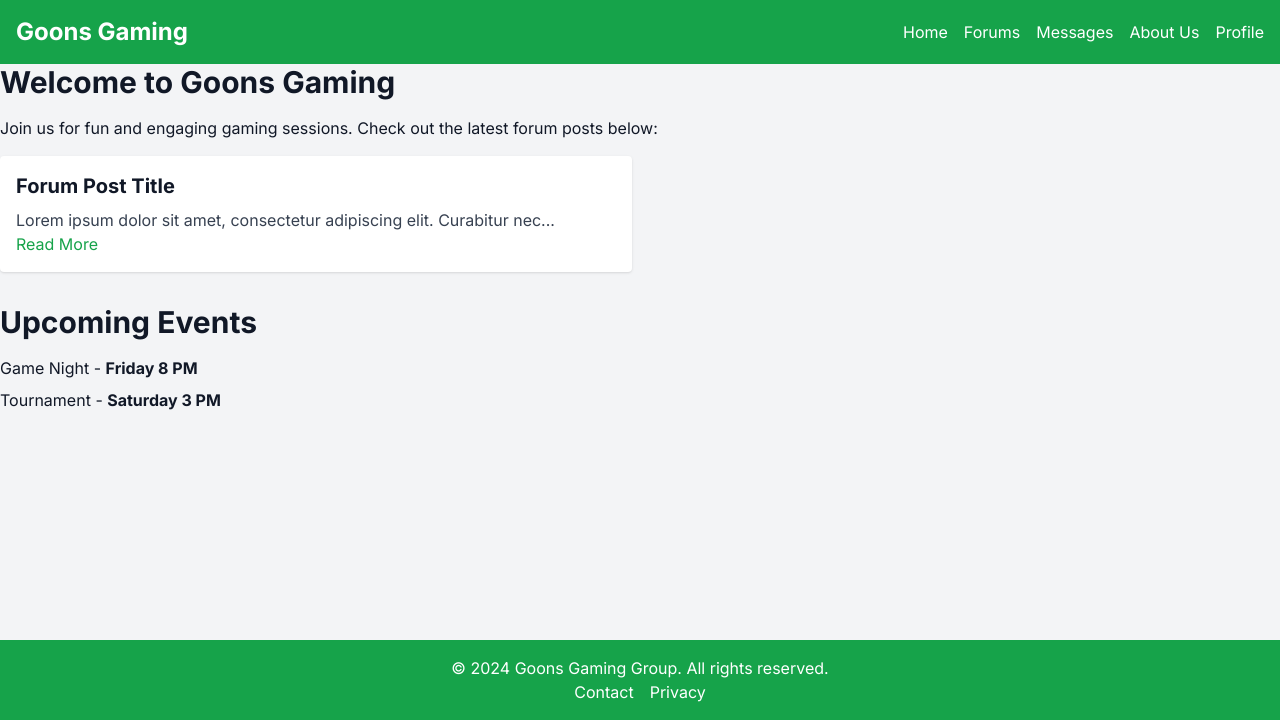
Repository: x9751/test.gnsq.org
Page: /
An editor plug-in stored every save of this project. The page is shown before and after the next save, followed by the edit.
The browser window is 1280 px wide. The pictures show the whole page.
The project was rebuilt for these pictures with package versions that can differ from the ones it lists, and the page was loaded fresh each time. The framework's server and built-in components were replaced by stand-ins that run in the browser. Also part of the build but not shown: next.config.mjs.

Above is the page before, as saved 2024-07-05 14:07:50.

### src/app/page.tsx
import Header from "./components/header";
import Footer from "./components/footer";

export default function Home() {
	return (
		<main className="flex min-h-screen flex-col">
			<Header />
			<section className="mb-8">
				<h2 className="text-3xl font-bold mb-4">Welcome to Goons Gaming</h2>
				<p className="mb-4">
					Join us for fun and engaging gaming sessions. Check out the latest
					forum posts below:
				</p>
				<div className="grid grid-cols-1 md:grid-cols-2 gap-4">
					<article className="bg-white p-4 rounded shadow">
						<h3 className="text-xl font-bold mb-2">Forum Post Title</h3>
						<p className="text-gray-700">
							Lorem ipsum dolor sit amet, consectetur adipiscing elit. Curabitur
							nec...
						</p>
						<a href="#" className="text-green-600 hover:underline">
							Read More
						</a>
					</article>
				</div>
			</section>
			<section>
				<h2 className="text-3xl font-bold mb-4">Upcoming Events</h2>
				<ul>
					<li className="mb-2">
						Game Night - <strong>Friday 8 PM</strong>
					</li>
					<li className="mb-2">
						Tournament - <strong>Saturday 3 PM</strong>
					</li>
				</ul>
			</section>
			<Footer />
		</main>
	);
}

### src/app/globals.css
@tailwind base;
@tailwind components;
@tailwind utilities;

:root {
  --foreground-rgb: 0, 0, 0;
  --background-start-rgb: 214, 219, 220;
  --background-end-rgb: 255, 255, 255;
}

@media (prefers-color-scheme: dark) {
  :root {
    --foreground-rgb: 255, 255, 255;
    --background-start-rgb: 0, 0, 0;
    --background-end-rgb: 0, 0, 0;
  }
}

body {
  @apply bg-gray-100 text-gray-900;
}

### src/app/components/header.tsx
export default function Header() {
  return (
    <header className="bg-green-600 p-4 text-white">
        <nav className="container mx-auto flex justify-between items-center">
            <h1 className="text-2xl font-bold">Goons Gaming</h1>
            <ul className="flex space-x-4">
                <li><a href="#" className="hover:underline">Home</a></li>
                <li><a href="#" className="hover:underline">Forums</a></li>
                <li><a href="#" className="hover:underline">Messages</a></li>
                <li><a href="#" className="hover:underline">About Us</a></li>
                <li><a href="#" className="hover:underline">Profile</a></li>
            </ul>
        </nav>
    </header>
  )
}

### src/app/components/footer.tsx
export default function Footer() {
	return (
		<footer className="bg-green-600 p-4 text-white text-center mt-auto">
			<p>&copy; 2024 Goons Gaming Group. All rights reserved.</p>
			<ul className="flex justify-center space-x-4">
				<li>
					<a href="#" className="hover:underline">
						Contact
					</a>
				</li>
				<li>
					<a href="#" className="hover:underline">
						Privacy
					</a>
				</li>
			</ul>
		</footer>
	);
}

Loaded but not shown: src/app/layout.tsx (common file); tailwind.config.ts (common file)

After the next save:
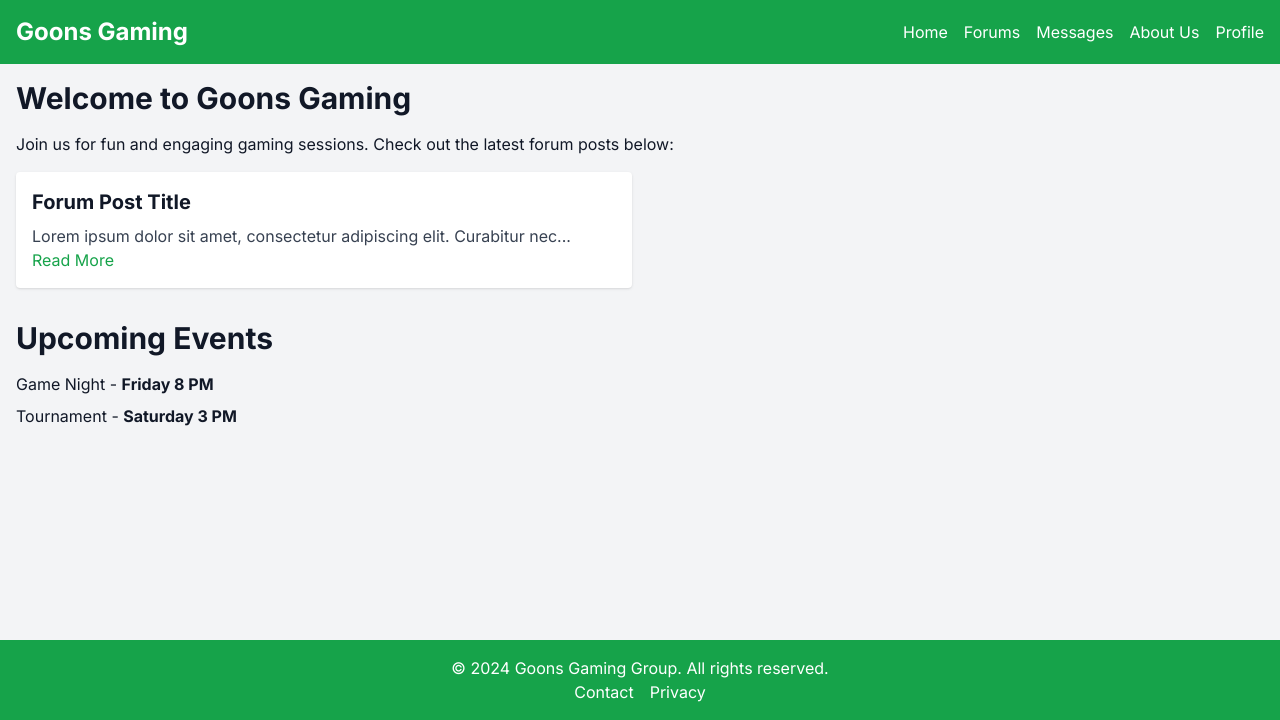
Saved 35 s later.
--- a/src/app/page.tsx
+++ b/src/app/page.tsx
@@ -5,7 +5,8 @@
 	return (
 		<main className="flex min-h-screen flex-col">
 			<Header />
-			<section className="mb-8">
+			<div className="container mx-auto p-4">
+      <section className="mb-8">
 				<h2 className="text-3xl font-bold mb-4">Welcome to Goons Gaming</h2>
 				<p className="mb-4">
 					Join us for fun and engaging gaming sessions. Check out the latest
@@ -35,6 +36,7 @@
 					</li>
 				</ul>
 			</section>
+      </div>
 			<Footer />
 		</main>
 	);
